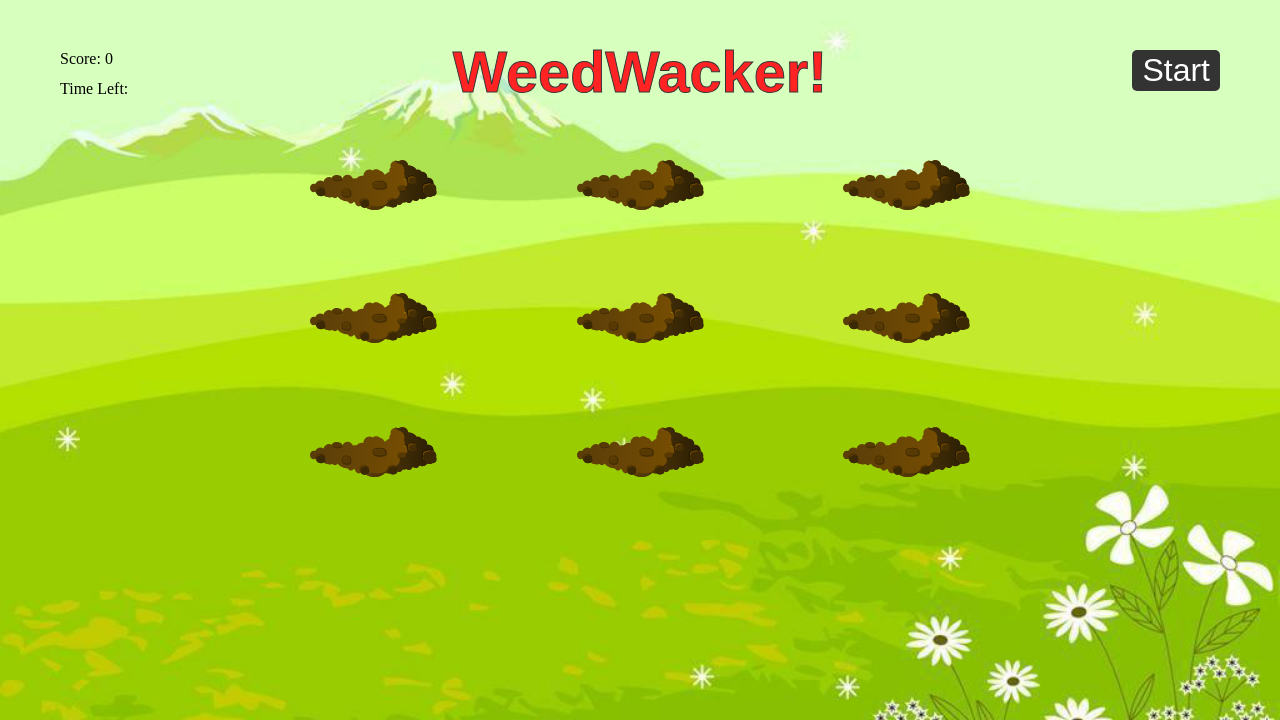
Repository: AustinW24/weedwacker
Page: index.html
These files come from the project's save history. The page is drawn as it stood at one moment and after the next save; the edit follows.
The browser window is 1280 px wide. The pictures show the whole page.
Some web fonts or font styles are not loaded; a fallback is used.

Above is the page before, as saved 2022-02-11 10:17:09.

After the next save:
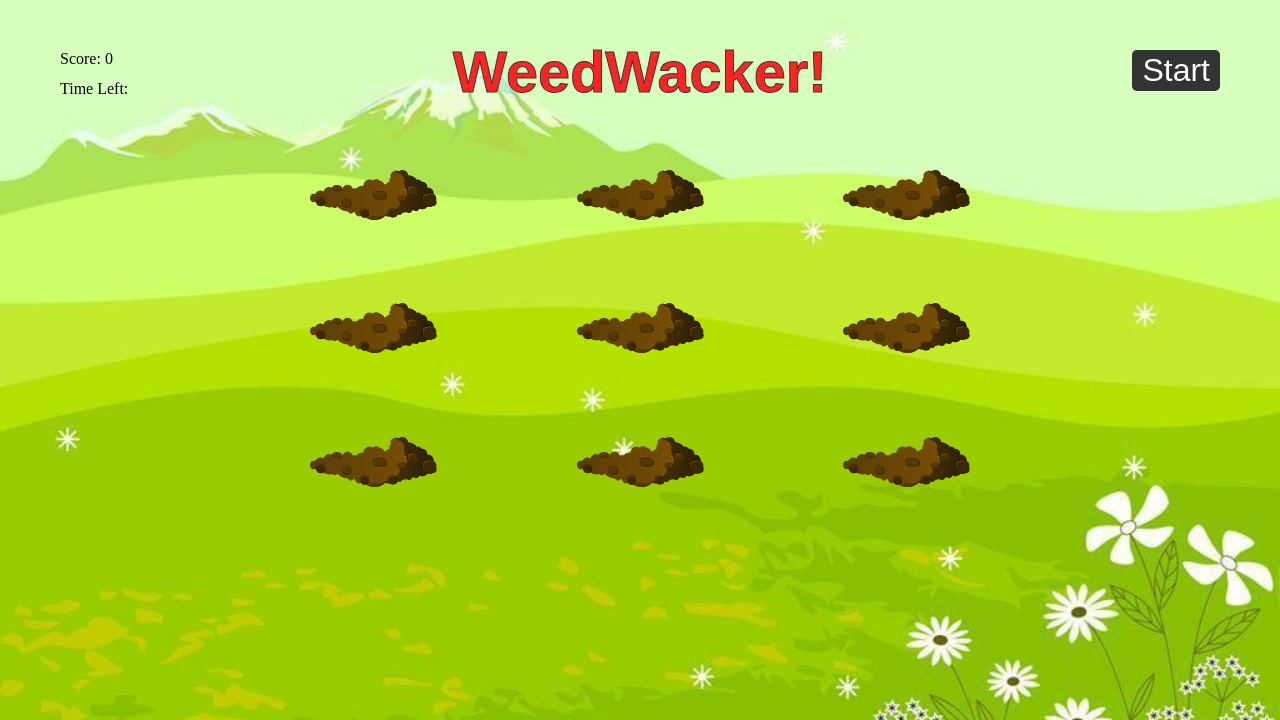
Saved 7 s later.
--- a/style.css
+++ b/style.css
@@ -40,7 +40,7 @@ body {
     background-size: contain;
     height: 50px;
     width: 100%;
-    margin
+    margin-top: 10px;
 }
 
 button {
